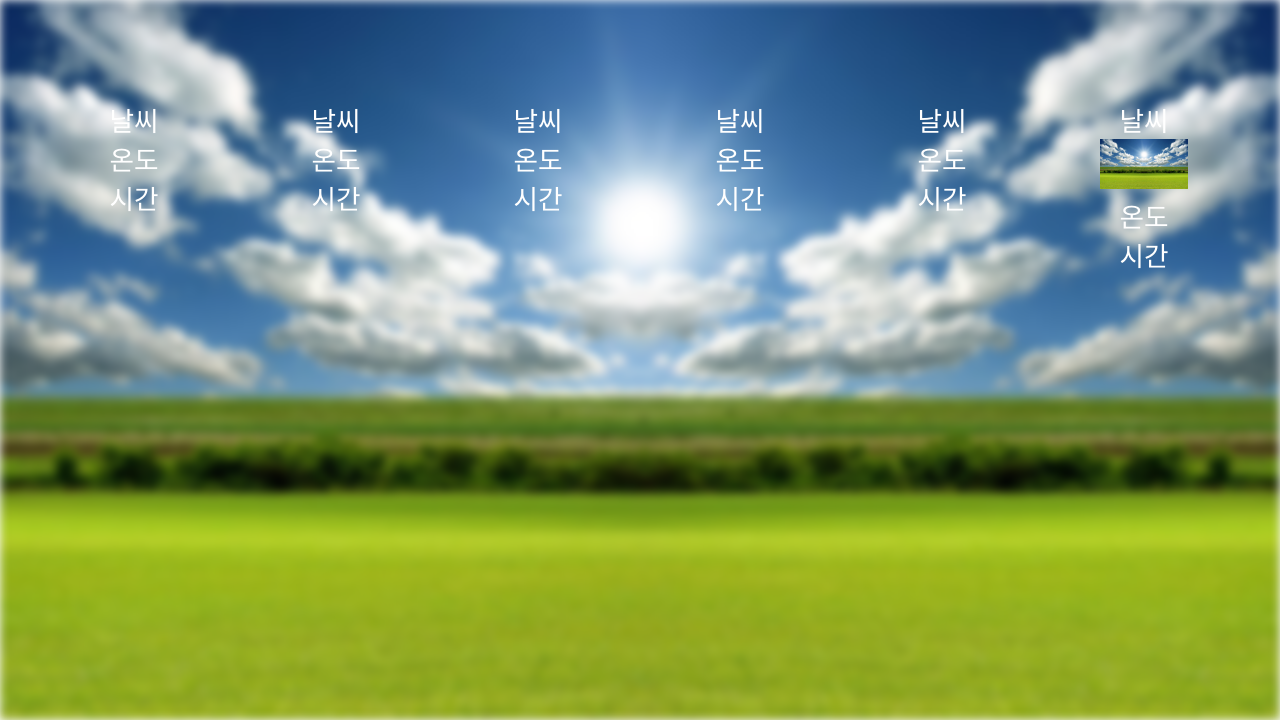
Repository: RyoTTa/4-1-Web-Programming
Page: SoloProject/Project/WebContent/index.html
These files come from the project's save history. The page is drawn as it stood at one moment and after the next save; the edit follows.
The browser window is 1280 px wide. The pictures show the whole page.
The page's requests for data from a server got no answer.

Above is the page before, as saved 2020-05-05 15:27:46.

### SoloProject/Project/WebContent/index.html
<!DOCTYPE html>
<html>
<head>
	<meta charset="UTF-8">
	<script src="https://ajax.googleapis.com/ajax/libs/jquery/3.4.1/jquery.min.js"></script>
	<link type="text/css" rel="stylesheet" href="background.css"></link>
	<title>Insert title here</title>
</head>
<body>
	<div>
		<center>
			<div><h2 id="current_time" ></h2></div>
			<div><h1 id="current_weather"></h1></div>
			<div id="current_temp"></div>
		</center>
	</div>
	<div class="forecast_layer_outter">
		<div class="forecast_layer_inner">
			<div class="forecast_contents">
				<div class="box">
					<div id="box1_weather">날씨</div>
					<div id="box1_weather_icon"></div>
					<div id="box1_temp">온도</div>
					<div id="box1_time">시간</div>
				</div>
				<div class="box">
					<div id="box2_weather">날씨</div>
					<div id="box2_weather_icon"></div>
					<div id="box2_temp">온도</div>
					<div id="box2_time">시간</div>
				</div>
				<div class="box">
					<div id="box3_weather">날씨</div>
					<div id="box3_weather_icon"></div>
					<div id="box3_temp">온도</div>
					<div id="box3_time">시간</div>
				</div>
				<div class="box">
					<div id="box4_weather">날씨</div>
					<div id="box4_weather_icon"></div>
					<div id="box4_temp">온도</div>
					<div id="box4_time">시간</div>
				</div>
				<div class="box">
					<div id="box5_weather">날씨</div>
					<div id="box5_weather_icon"></div>
					<div id="box5_temp">온도</div>
					<div id="box5_time">시간</div>
				</div>
				<div class="box">
					<div id="box6_weather">날씨</div>
					<div id="box6_weather_icon"><img id=box6_weather_icon_image src="./background/clean.jpg" widht="50px" height="50px"></div>
					<div id="box6_temp">온도</div>
					<div id="box6_time">시간</div>
				</div>
			</div>
		</div>
	</div>


   	<!----script 부분---->
	<script>
		function parseWeather(){
			forecast_loadJSON(function(response){
				var jsonData = JSON.parse(response);
				var date = new Date(jsonData["list"][0]["dt_txt"]);
				date.setHours(date.getHours()+9)
				for(i = 0; i<7 ;i++){
					var imgURL = "http://openweathermap.org/img/w/" + jsonData["list"][i][weather][0][icon] + ".png";
					$("#box"+i+"_weather").text(jsonData["list"][i]["weather"][0]["main"]);
					$("#box"+i+"_weather_icon_image").attr("src", imgURL);
					$("#box"+i+"_temp").text(Math.floor((jsonData["list"][i]["main"]["temp"] - 273.15))+"°C");

					$("#box"+i+"_time").text(date.getDate()+"일 "+date.getHours()+"시");
					date.setHours(date.getHours()+3);
				}

			});

			weather_loadJSON(function(response){
				var jsonData = JSON.parse(response);
				var date = new Date();
				$("#current_time").text(date.getMonth()+"월 "+date.getDate()+"일 "+date.getHours()+"시");
				$("#current_temp").text((jsonData["main"]["temp"] - 273.15)+"°C");
				$("#current_weather").text(jsonData["weather"][0]["main"]);
			});
		}


		function forecast_loadJSON(callback){
			var apiURL ="http://api.openweathermap.org/data/2.5/forecast?q=Daegu,KR&cnt=7&appid=dc8d5f394054b66bd905f0d24fc95a3d "
			var request = new XMLHttpRequest();
			request.overrideMimeType("application/json");
			request.open('GET',apiURL, true);

			request.onreadystatechange = function(){
				if(request.readyState == 4 && request.status =="200"){
					callback(request.responseText);
				}
			};
			request.send(null);
		}


		function weather_loadJSON(callback){
			var apiURL ="http://api.openweathermap.org/data/2.5/weather?q=Daegu,KR&appid=dc8d5f394054b66bd905f0d24fc95a3d "
			var request = new XMLHttpRequest();
			request.overrideMimeType("application/json");
			request.open('GET',apiURL, true);

			request.onreadystatechange = function(){
				if(request.readyState == 4 && request.status =="200"){
					callback(request.responseText);
				}
			};
			request.send(null);
		}
		window.onload = function(){
			parseWeather();
		}

	</script>

</body>
</html>

### SoloProject/Project/WebContent/background.css
body::before {
	position: fixed;
	top: 0;
	left: 0;
	right: 0;
	bottom: 0;
	background-image: url("./background/clean.jpg");
	background-size: cover;
	-webkit-filter: blur(5px);
	-moz-filter: blur(5px);
	-o-filter: blur(5px);
	-ms-filter: blur(5px);
	filter: blur(5px);
	z-index: -1;
	content: "";
}
#current_time{
	color :white;
}
#current_weather{
	color :white;
}
#current_temp{
	color :white;
	font-size: 200pt;
}

.forecast_layer_outter{
	margin-top:100px;
	display : table;
	width : 100%;
	height : 100%;
}
.forecast_layer_inner{
	display : table-cell;
	text-align: center;
	vertical-align:middle;
}
.forecast_contents{
	display : inline-block;
}
.box{
	width : 200px;
	height : 200px;
	color: #fff;
	font-size:20pt;
	text-align:center;
	float:left;
	margin-right:2px;
}

After the next save:
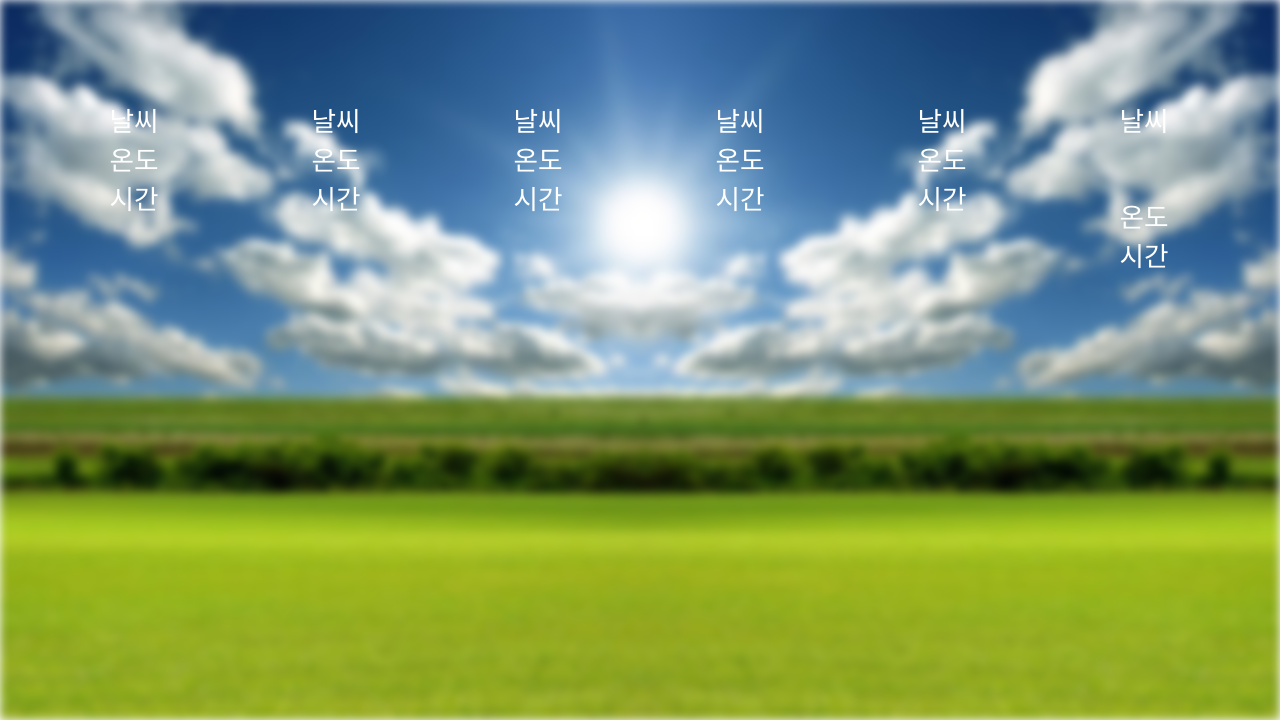
Saved 19 s later.
--- a/SoloProject/Project/WebContent/index.html
+++ b/SoloProject/Project/WebContent/index.html
@@ -49,7 +49,7 @@
 				</div>
 				<div class="box">
 					<div id="box6_weather">날씨</div>
-					<div id="box6_weather_icon"><img id=box6_weather_icon_image src="./background/clean.jpg" widht="50px" height="50px"></div>
+					<div id="box6_weather_icon"><img id=box6_weather_icon_image widht="50px" height="50px"></div>
 					<div id="box6_temp">온도</div>
 					<div id="box6_time">시간</div>
 				</div>
